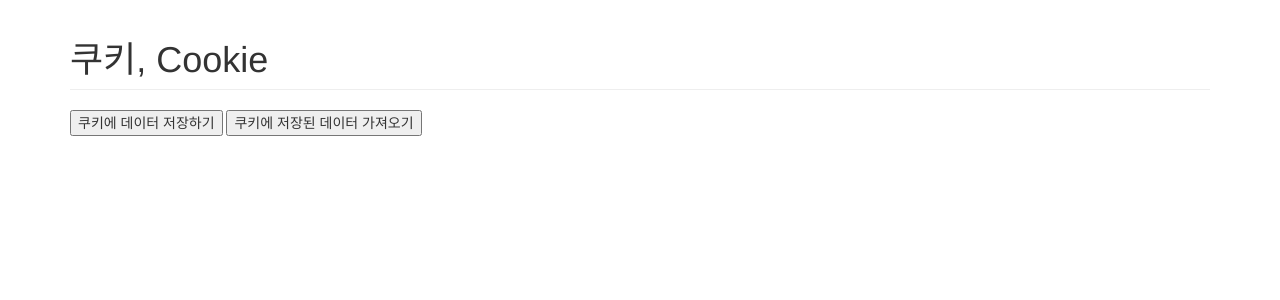
Repository: kimgyuseok/Server
Page: http://localhost/JSPTest/ex14_cookie.jsp
The author's editor kept a copy of each file at every save. The page is drawn from the files as they stood at one save, then again after the next save.
The browser window is 1280 px wide. The pictures show the whole page.
The page is served by Tomcat 9.

Above is the page before, as saved 2022-01-07 06:23:06.
Console error: SyntaxError: Unexpected token ')'

### JSPTest/src/main/webapp/ex14_cookie.jsp
<%@ page language="java" contentType="text/html; charset=UTF-8"
    pageEncoding="UTF-8"%>
<%


%>
<!DOCTYPE html>
<html>
<head>
<meta charset="UTF-8">
<title>Insert title here</title>
<%@ include file="/inc/asset.jsp" %>
<style>

</style>
</head>
<body>
	<!--ex12_two.jsp-->

	<div class="container">
		<h1 class="page-header">쿠키, Cookie<small></small></h1>

			<input type="button" value="쿠키에 데이터 저장하기" id="btn1">
			<input type="button" value="쿠키에 저장된 데이터 가져오기" id="btn2">
	</div>


	<script>
		$('#btn1').click(function()){
// 			document.cookie = "hong,20,서울시 강남구";
// 			document.cookie = "name=홍길동&age=20&address=서울시";
			setCookie('num',100);
			setCookie('name','홍길동');
		});

		$('#btn2').click(function()){
// 			document.cookie = "hong";
			alert(getCookie('num'));
			alert(getCookie('name'));
		});
	</script>
</body>
</html>

### JSPTest/src/main/webapp/inc/asset.jsp
<%@ page language="java" contentType="text/html; charset=UTF-8"
    pageEncoding="UTF-8"%>
<!-- asset.jsp -->

<%
	String root = request.getContextPath();
%>

<link rel="stylesheet" href="<%= root %>/asset/css/bootstrap.css">

<script src="<%= root %>/asset/js/jquery-1.12.4.js"></script>
<script src="<%= root %>/asset/js/bootstrap.js"></script>
<script src="<%= root %>/asset/js/cookie.js"></script>

### JSPTest/src/main/webapp/asset/js/cookie.js
//weapp > asset > js > cookie.js

function setCookie(cname, cvalue, exdays) {
  const d = new Date();
  d.setTime(d.getTime() + (exdays * 24 * 60 * 60 * 1000));
  let expires = "expires="+d.toUTCString();
  document.cookie = cname + "=" + cvalue + ";" + expires + ";path=/";
}

function getCookie(cname) {
  let name = cname + "=";
  let ca = document.cookie.split(';');
  for(let i = 0; i < ca.length; i++) {
    let c = ca[i];
    while (c.charAt(0) == ' ') {
      c = c.substring(1);
    }
    if (c.indexOf(name) == 0) {
      return c.substring(name.length, c.length);
    }
  }
  return "";
}

Loaded but not shown: JSPTest/src/main/webapp/asset/css/bootstrap.css (library); JSPTest/src/main/webapp/asset/js/jquery-1.12.4.js (library); JSPTest/src/main/webapp/asset/js/bootstrap.js (library)

After the next save:
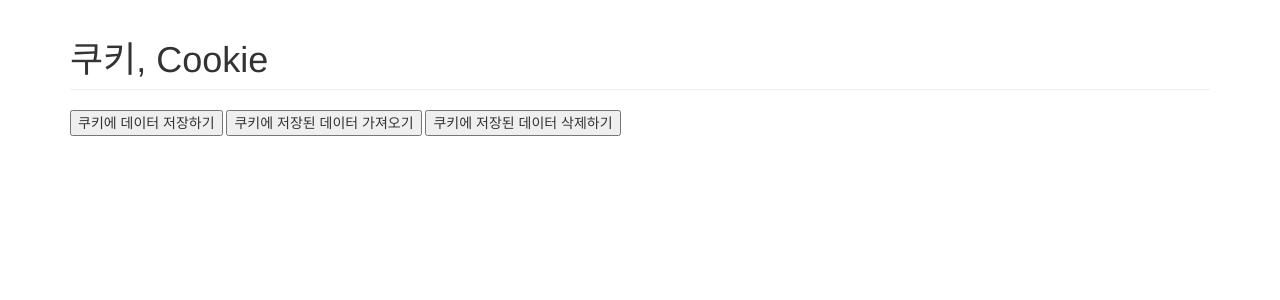
Saved 58 s later.
--- a/JSPTest/src/main/webapp/ex14_cookie.jsp
+++ b/JSPTest/src/main/webapp/ex14_cookie.jsp
@@ -22,6 +22,7 @@
 
 			<input type="button" value="쿠키에 데이터 저장하기" id="btn1">
 			<input type="button" value="쿠키에 저장된 데이터 가져오기" id="btn2">
+			<input type="button" value="쿠키에 저장된 데이터 삭제하기" id="btn3">
 	</div>
 
 
